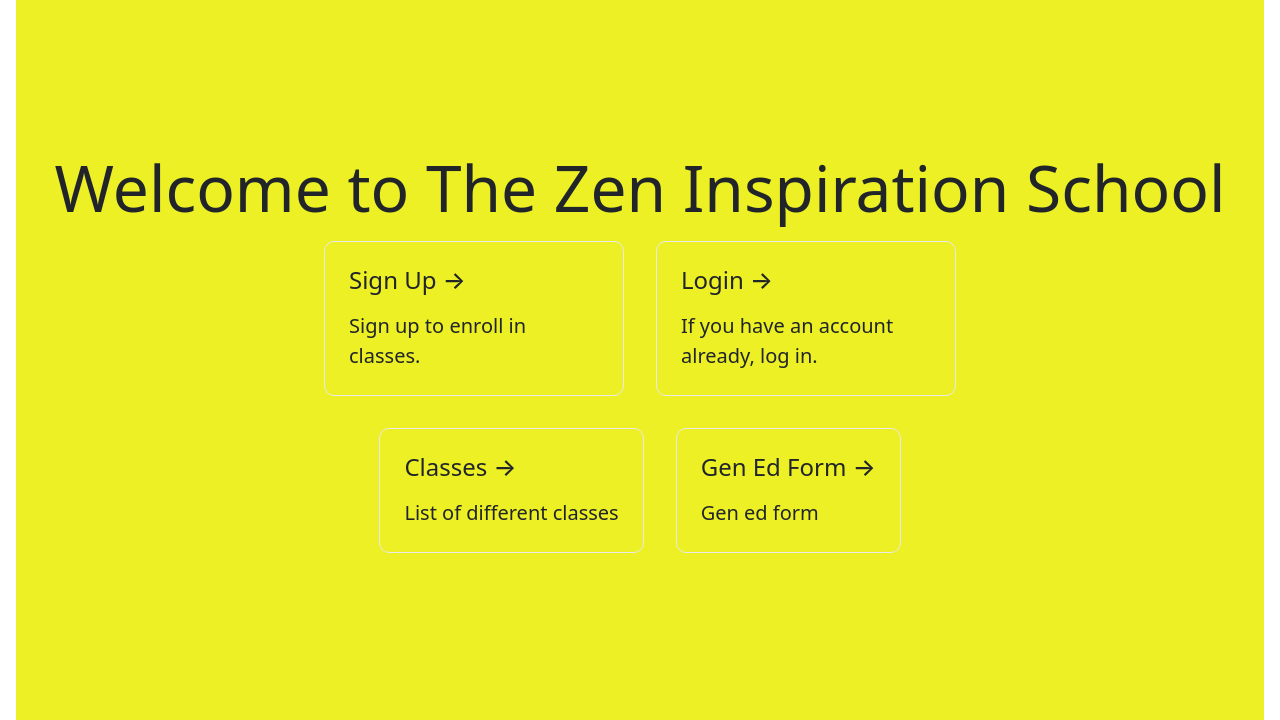
Repository: collegedude9300/zenschool
Page: /
An editor plug-in stored every save of this project. The page is shown before and after the next save, followed by the edit.
The browser window is 1280 px wide. The pictures show the whole page.
The project was rebuilt for these pictures with package versions that can differ from the ones it lists, and the page was loaded fresh each time. The framework's server and built-in components were replaced by stand-ins that run in the browser. Also part of the build but not shown: next.config.js.

Above is the page before, as saved 2023-12-18 14:45:02.

### pages/index.js
import Link from 'next/link';
/* eslint-disable @next/next/no-html-link-for-pages */
import Head from 'next/head'
import styles from '../styles/Home.module.css'
import 'bootstrap/dist/css/bootstrap.css'

export default function Home() {
  return (
    <section className={styles.container}>
      <Head>
        <title>Welcome to The Zen Inspiration School</title>
        <meta name="description" content="Generated by create next app" />
        <link rel="icon" href="/favicon.png" />
      </Head>

      <main className={styles.main}>
        <h1 className={styles.title}>
          Welcome to The Zen Inspiration School
        </h1>
        <div className={styles.grid}>
          <div className={styles.card}>
          <Link href="/SignUp" passHref></Link>
              <h2>Sign Up &rarr;</h2>
              <p>Sign up to enroll in classes.</p>
          </div>
          <div className={styles.card}>
          <Link href="/Login" passHref></Link>
              <h2>Login &rarr;</h2>
              <p>If you have an account already, log in.</p>
            </div>
            <div className={styles.card}>
          <Link href="/Classes" passHref></Link>
              <h2>Classes &rarr;</h2>
              <p>List of different classes</p>
            </div>
            <div className={styles.card}>
          <Link href="/GenEd" passHref></Link>
              <h2>Gen Ed Form &rarr;</h2>
              <p>Gen ed form</p>
              </div>
        </div>
      </main>
    </section>
  )
}

### styles/Home.module.css
.container {
  padding: 0 1rem;
}
.main {
  min-height: 100vh;
  padding: 4rem 0;
  flex: 1;
  display: flex;
  flex-direction: column;
  justify-content: center;
  align-items: center;
  background-color: #ecf025;
}
.classpage {
  min-height: 100vh;
  padding: 4rem 0;
  flex: 1;
  display: flex;
  flex-direction: column;
  justify-content: center;
  align-items: center;
  background-color: #67ff02;
}
.gened {
  min-height: 100vh;
  padding: 4rem 0;
  flex: 1;
  display: flex;
  flex-direction: column;
  justify-content: center;
  align-items: center;
  background-color: #18e6db;
}
.login {
  min-height: 100vh;
  padding: 4rem 0;
  flex: 1;
  display: flex;
  flex-direction: column;
  justify-content: center;
  align-items: center;
  background-color: #ffc400;
}
.footer {
  display: flex;
  flex: 1;
  padding: 2rem 0;
  border-top: 1px solid #eaeaea;
  justify-content: center;
  align-items: center;
}

.footer a {
  display: flex;
  justify-content: center;
  align-items: center;
  flex-grow: 1;
}

.title a {
  color: #0070f3;
  text-decoration: none;
}

.title a:hover,
.title a:focus,
.title a:active {
  text-decoration: underline;
}

.title {
  margin: 0;
  line-height: 1.15;
  font-size: 4rem;
}

.title,
.description {
  text-align: center;
}

.description {
  margin: 4rem 0;
  line-height: 1.5;
  font-size: 1.5rem;
}

.code {
  background: #fafafa;
  border-radius: 5px;
  padding: 0.75rem;
  font-size: 1.1rem;
  font-family: Menlo, Monaco, Lucida Console, Liberation Mono, DejaVu Sans Mono,
    Bitstream Vera Sans Mono, Courier New, monospace;
}

.grid {
  display: flex;
  align-items: center;
  justify-content: center;
  flex-wrap: wrap;
  max-width: 800px;
}

.card {
  margin: 1rem;
  padding: 1.5rem;
  text-align: left;
  color: inherit;
  text-decoration: none;
  border: 1px solid #eaeaea;
  border-radius: 10px;
  transition: color 0.15s ease, border-color 0.15s ease;
  max-width: 300px;
}

.card:hover,
.card:focus,
.card:active {
  color: #0070f3;
  border-color: #0070f3;
}

.card h2 {
  margin: 0 0 1rem 0;
  font-size: 1.5rem;
}

.card p {
  margin: 0;
  font-size: 1.25rem;
  line-height: 1.5;
}

.logo {
  height: 1em;
  margin-left: 0.5rem;
}

@media (max-width: 600px) {
  .grid {
    width: 100%;
    flex-direction: column;
  }
}

@media (prefers-color-scheme: dark) {
  .card,
  .footer {
    border-color: #222;
  }
  .code {
    background: #111;
  }
  .logo img {
    filter: invert(1);
  }
}

Loaded but not shown: pages/_app.js (common file); styles/globals.css (common file)

After the next save:
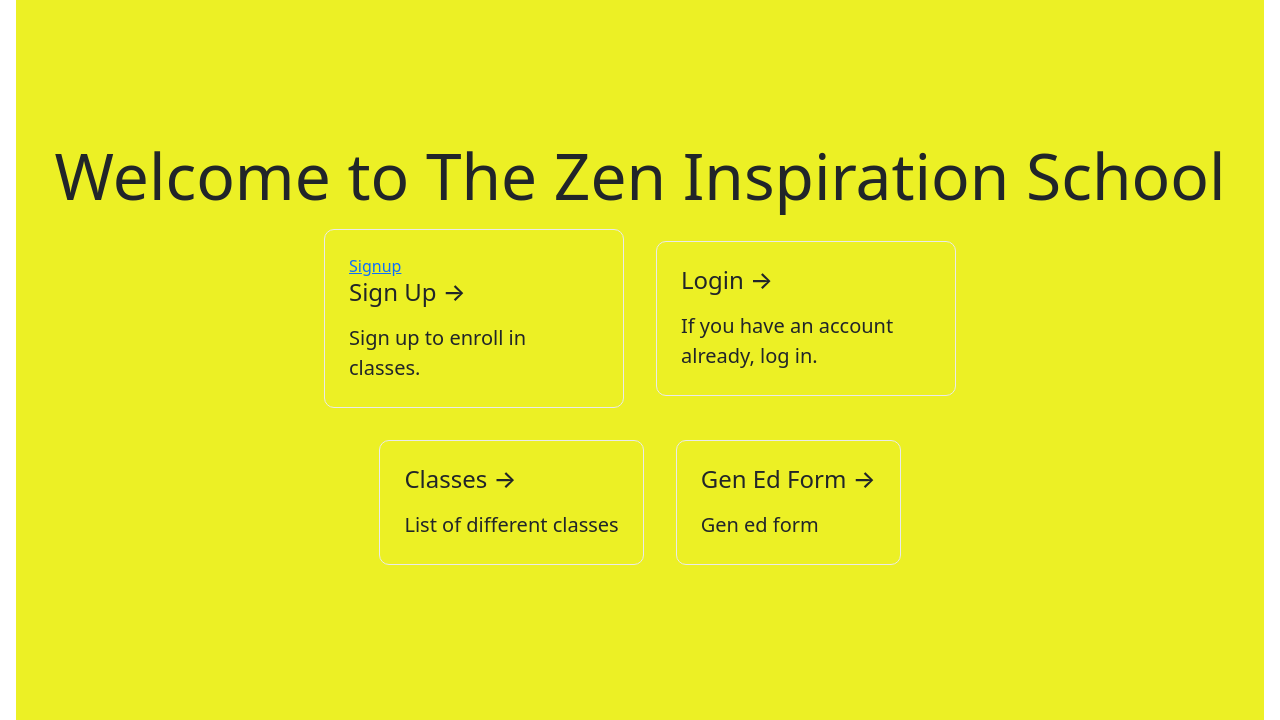
Saved 39 s later.
--- a/pages/index.js
+++ b/pages/index.js
@@ -12,14 +12,13 @@ export default function Home() {
         <meta name="description" content="Generated by create next app" />
         <link rel="icon" href="/favicon.png" />
       </Head>
-
       <main className={styles.main}>
         <h1 className={styles.title}>
           Welcome to The Zen Inspiration School
         </h1>
         <div className={styles.grid}>
           <div className={styles.card}>
-          <Link href="/SignUp" passHref></Link>
+          <Link href="/SignUp" passHref> Signup</Link>
               <h2>Sign Up &rarr;</h2>
               <p>Sign up to enroll in classes.</p>
           </div>
